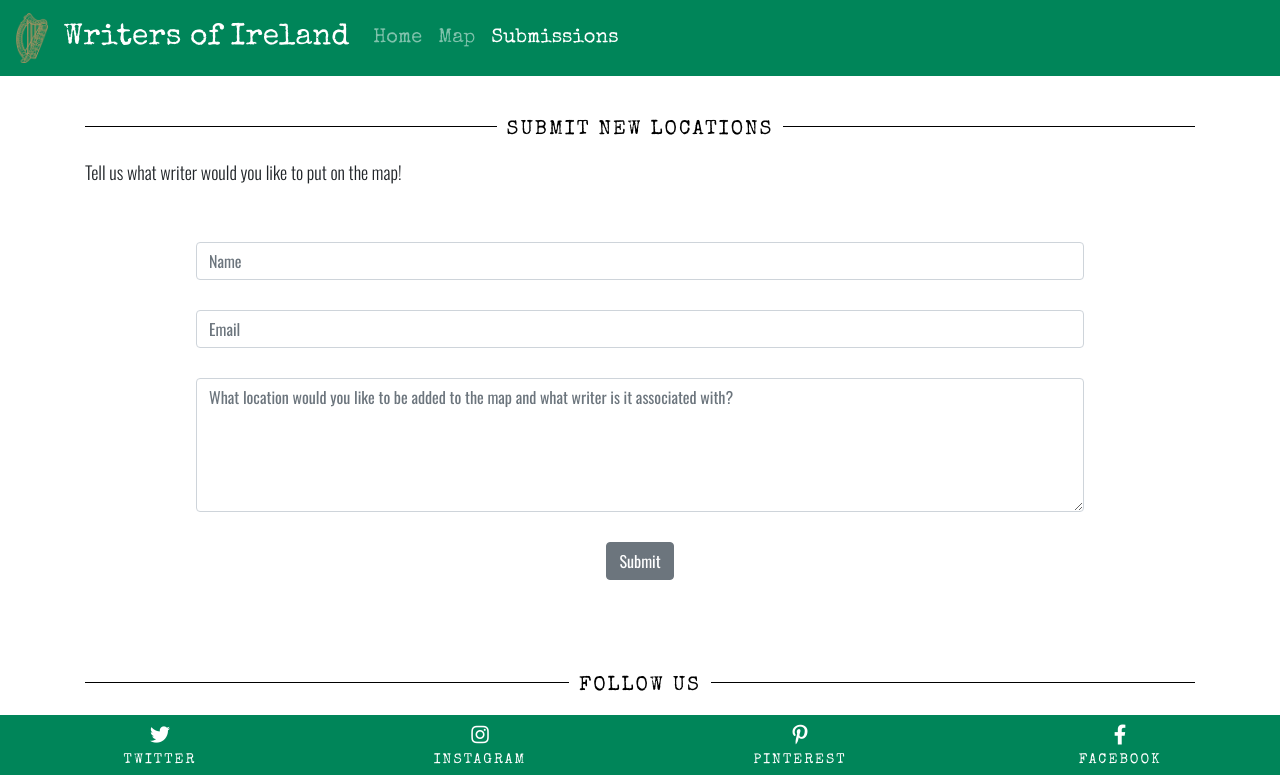
Repository: DarrenCoppinger/milestone-project-2
Page: submissions.html
The author's editor kept a record of every edit. The page is drawn from the files as they stood at one moment, then again after the next edit.
The browser window is 1280 px wide. The pictures show the whole page.
Some web libraries are served in a nearby version.

Above is the page before.
Console error: ReferenceError: emailjs is not defined

### submissions.html
<!DOCTYPE html>
<html lang="en">

<head>
    <meta charset="UTF-8">
    <meta name="viewport" content="width=device-width, initial-scale=1.0">
    <meta http-equiv="X-UA-Compatible" content="ie=edge">
    <link rel="stylesheet" href="https://stackpath.bootstrapcdn.com/bootstrap/4.3.1/css/bootstrap.min.css" type="text/css" />
    <link rel="stylesheet" href="https://use.fontawesome.com/releases/v5.8.2/css/all.css" integrity="sha384-oS3vJWv+0UjzBfQzYUhtDYW+Pj2yciDJxpsK1OYPAYjqT085Qq/1cq5FLXAZQ7Ay" crossorigin="anonymous">
    <link rel="stylesheet" href="https://cdnjs.cloudflare.com/ajax/libs/hover.css/2.3.1/css/hover-min.css" type="text/css" />
    <link rel="stylesheet" href="assets/css/style.css" type="text/css" />
    <title>Writers of Ireland</title>
    <link rel="shortcut icon" type="image/x-icon" href="./assets/images/favicon.ico" />
    <link rel="icon" type="image/x-icon" href="./favicon.ico" />
    <!--JSEmail-->
    <script type="text/javascript" src="https://cdn.jsdelivr.net/npm/emailjs-com@2.3.2/dist/email.min.js">
    </script>
    <script type="text/javascript">
        (function() {
            emailjs.init("user_TogJB0tfRK922oybFdTcZ");
            // emailjs.send("gmail", "example");
        })();
    </script>
</head>

<body>
    <header>
        <!--Navbar Code-->
        <nav class="navbar navbar-expand-md navbar-dark bg-color">
            <!--Navbar Logo-->
            <a href="./index.html" class="navbar-brand title"><img class="mr-3" src="./assets/images/irish-harp.png" height ="50" alt="Logo image"><span class="align-middle">Writers of Ireland</span></a>
            <!--Navbar Logo-->
            <button class="navbar-toggler" type="button" data-toggle="collapse" data-target="#navbarNavAltMarkup" aria-controls="navbarNavAltMarkup" aria-expanded="false" aria-label="Toggle navigation"><span class="navbar-toggler-icon"></span></button>
            <div class="collapse navbar-collapse" id="navbarNavAltMarkup">
                <div class="navbar-nav">
                    <a class="nav-item nav-link" href="./index.html">Home<span class="sr-only">Home</span></a>
                    <a class="nav-item nav-link" href="./map.html">Map<span class="sr-only">Map</span></a>
                    <a class="nav-item nav-link active" href="./submissions.html">Submissions<span class="sr-only">Submissions</span></a>
                </div>
            </div>
        </nav>
    </header>
    <main>
        <section>
            <!--Newsletter Content Divider-->
            <div class="container">
                <div class="row">
                    <div class="col">
                        <h3 class="section-title">
                            <span>Submit new locations</span>
                        </h3>
                    </div>
                </div>
            </div>
            <div class="container">
                <div class="row">
                    <div class="col-12">
                        <p>Tell us what writer would you like to put on the map!</p>
                        <!--Main Content of the Page - Contract Form-->
                        <div class="center-form">
                            <!--<form onsubmit="return sendMail(this);" method="POST">-->
                            <form id="myform" onsubmit="return sendMail(this);">
                                <!--<form onsubmit="return sendMail(this);">-->
                                <input type="text" name="name" class="form-control" id="fullname" placeholder="Name" required/>
                                <input type="email" name="emailaddress" class="form-control" id="emailaddress" placeholder="Email" required/>
                                <textarea rows="5" name="projectsummary" class="form-control" id="projectsummary" placeholder="What location would you like to be added to the map and what writer is it associated with?" required></textarea>
                                <!--<button type="submit" class="btn btn-secondary center-block">Submit</button>-->
                                <div class="form-row text-center ">
                                    <div class="col">
                                        <button type="submit" class="btn btn-secondary">Submit</button>
                                    </div>
                                </div>
                            </form>
                        </div>
                    </div>
                </div>
            </div>
        </section>
    </main>
    <!--FOOTER-->
    <footer class="footer">
        <!--Footer Content Divider-->
        <div class="container">
            <div class="row">
                <div class="col">
                    <h3 class="section-title">
                        <span>Follow Us</span>
                    </h3>
                </div>
            </div>
        </div>
        <!--Social Media Link Buttons-->
        <div class="container-fluid social-media-bar">
            <div class="row no-gutters">
                <div class="col-12">
                    <ul id="foot" class="row list-inline social-links">
                        <li class="col-6 col-md-3 footeritem">
                            <a href="https://twitter.com/ireland_writers" target="_blank" class="hvr-fade"><i class="fab fa-twitter" aria-hidden="true"></i><span>Twitter</span></a>
                        </li>
                        <li class="col-6 col-md-3 footeritem">
                            <a href="https://www.instagram.com/writersofireland/" target="_blank" class="hvr-fade"><i class="fab fa-instagram" aria-hidden="true"></i><span>Instagram</span></a>
                        </li>
                        <li class="col-6 col-md-3 footeritem">
                            <a href="https://www.pinterest.ie/writersofireland/" target="_blank" class="hvr-fade"><i class="fab fa-pinterest-p"  aria-hidden="true"></i><span>Pinterest</span></a>
                        </li>
                        <li class="col-6 col-md-3 footeritem">
                            <a href="https://www.facebook.com/Writers-of-Ireland-101113658067904/" target="_blank" class="hvr-fade"><i class="fab fa-facebook-f" aria-hidden="true"></i><span>Facebook</span></a>
                        </li>
                    </ul>
                </div>
            </div>
        </div>
    </footer>

    <!--My JavaScript Script-->
    <script type="text/javascript" src="assets/js/maps.js"></script>
    <script type="text/javascript" src="assets/js/sendEmail.js"></script>
    <!--JQuery-->
    <script src="https://code.jquery.com/jquery-3.3.1.slim.min.js" integrity="sha384-q8i/X+965DzO0rT7abK41JStQIAqVgRVzpbzo5smXKp4YfRvH+8abtTE1Pi6jizo" crossorigin="anonymous"></script>
    <!--Popper and Bootstrap-->
    <script src="https://cdnjs.cloudflare.com/ajax/libs/popper.js/1.14.7/umd/popper.min.js" integrity="sha384-UO2eT0CpHqdSJQ6hJty5KVphtPhzWj9WO1clHTMGa3JDZwrnQq4sF86dIHNDz0W1" crossorigin="anonymous"></script>
    <script src="https://stackpath.bootstrapcdn.com/bootstrap/4.3.1/js/bootstrap.min.js" integrity="sha384-JjSmVgyd0p3pXB1rRibZUAYoIIy6OrQ6VrjIEaFf/nJGzIxFDsf4x0xIM+B07jRM" crossorigin="anonymous"></script>

</body>

</html>

### assets/css/style.css
@import url('https://fonts.googleapis.com/css?family=Oswald:300,400,700|Special+Elite&display=swap');

/*----------------padding/margins/text----------------s*/
row {
    margin-left: 0;
    margin-right: 0;
}

section {
    font-family: "Oswald", sans-serif;
    font-size: 18px;
    font-weight: 300;
    margin: 50px 0px;
}

section a {
    text-decoration: none;
    color: #008559;
}

.btn:hover {
    color: #A39161;
    background-color: #008559;
    border-color: #e6cf9e;
    text-decoration: none;
}

.section-title {
    color: #000000;
    font-family: "Special Elite", cursive;
    font-weight: 400;
    font-size: 20px;
    letter-spacing: 2px;
    text-align: center;
    text-transform: uppercase;
    border-top: 1px solid #000000;
    padding: 0 20px;
}

.section-title span {
    position: relative;
    top: -9px;
    padding: 0 10px;
    background: #ffffff;
}

.section-title-box {
    margin: 0;
}

main {
    margin: 0;
    padding: 0 0 60px;
}

html {
    position: relative;
    min-height: 100%;
}

body {
    margin: 0 0 60px;
}

.title {
    font-family: "Special Elite", cursive;
    font-weight: 400;
    font-size: 30px;
    text-decoration: none;
}

.title span:hover {
    color: #A39161;
    transition: all .5s ease-in-out;
    -moz-transition: all .5s ease-in-out;
    -webkit-transition: all .5s ease-in-out;
}

.information {
    font-family: "Special Elite", cursive;
    font-weight: 400;
    font-size: 30px;
}

.nav-item {
    font-family: "Special Elite", cursive;
    font-weight: 400;
    font-size: 20px;
}

/*----------------carousel----------------*/
.carousel-container {
    margin: 0;
    padding: 0;
}

/*----------------footer----------------*/
footer {
    color: #000000;
    margin: 50px 0 0;
    padding: 0;
    bottom: 0;
    left: 0;
    position: absolute;
    /*height: 60px;*/
    width: 100%;
}

.footerbar {
    padding: 0;
}

.social-links {
    font-family: "Special Elite", cursive;
    font-weight: 400;
    font-size: 0;
    margin: 0;
    padding: 0;
    background-color: #008559;
}

.social-media-bar {
    margin: 0;
    padding: 0;
}

#foot li {
    font-size: 14px;
    padding: 0;
}

.footeritem {
    text-align: center;
    padding: 0;
    margin: 0;
}

/*-clickable area of footer buttons-*/

.footeritem a {
    width: 100%;
    text-decoration: none;
    color: #ffffff;
    height: 60px;
}

.footeritem a i {
    padding-top: 10px;
    display: block;
    color: #ffffff;
    font-size: 20px;
}

.footeritem span {
    display: block;
    width: 100%;
    padding-top: 5px;
    text-align: center;
    text-transform: uppercase;
    font-size: 14px;
    letter-spacing: 2px;
}

.social-links li a:hover {
    background-color: #A39161;
    color: #ffffff;
}

.list-inline-item:not(:last-child) {
    margin: 0;
}


/*----------------Map----------------*/
#map {
    min-height: 100vh;
}

/*----------------navbar----------------*/
.bg-color {
    background-color: #008559;
}

/*----------------jumbotron----------------*/
.jumbo-color {
    background-color: #dfd2ae;
}

.jumbotron {
    margin-bottom: 75px
}

/*----------------form----------------*/
form {
    margin: 25px 0;
}

.form-control {
    margin-bottom: 30px;
}

.center-form {
    padding-top: 15px;
    margin: 0 auto;
    max-width: 80%;
}

/*----------------PAC----------------*/
.pac-card {
    margin: 10px;
    border-radius: 2px 0 0 2px;
    -moz-box-sizing: border-box;
    -webkit-box-sizing: border-box;
    box-sizing: border-box;
    outline: none;
    box-shadow: 0 2px 6px rgba(0, 0, 0, 0.3);
    background-color: #fff;
    font-family: Roboto;
}

#pac-container {
    padding-bottom: 12px;
    margin-right: 12px;
}

.pac-controls {
    display: inline-block;
    padding: 5px 11px;
}

.pac-controls label {
    font-family: Roboto;
    font-size: 13px;
    font-weight: 300;
}

#pac-input {
    background-color: #fff;
    font-family: Roboto;
    font-size: 15px;
    font-weight: 300;
    margin-left: 12px;
    padding: 0 11px 0 13px;
    text-overflow: ellipsis;
    width: 300px;
}

#pac-input:focus {
    border-color: #4d90fe;
}

#search-title {
    color: #fff;
    background-color: #dfd2ae;
    font-size: 25px;
    font-weight: 500;
    padding: 6px 12px;
}

#infowindow-content {
    display: inline;
}

/*----------------Media Queries----------------s*/

/*Title size in navbar*/
@media(max-width: 576px) {
    .title {
        font-size: 20px;
    }
}

Loaded but not shown: assets/js/maps.js (520 lines, source omitted); assets/js/sendEmail.js (no copy from this time; the picture is the same without it)

After the next edit:
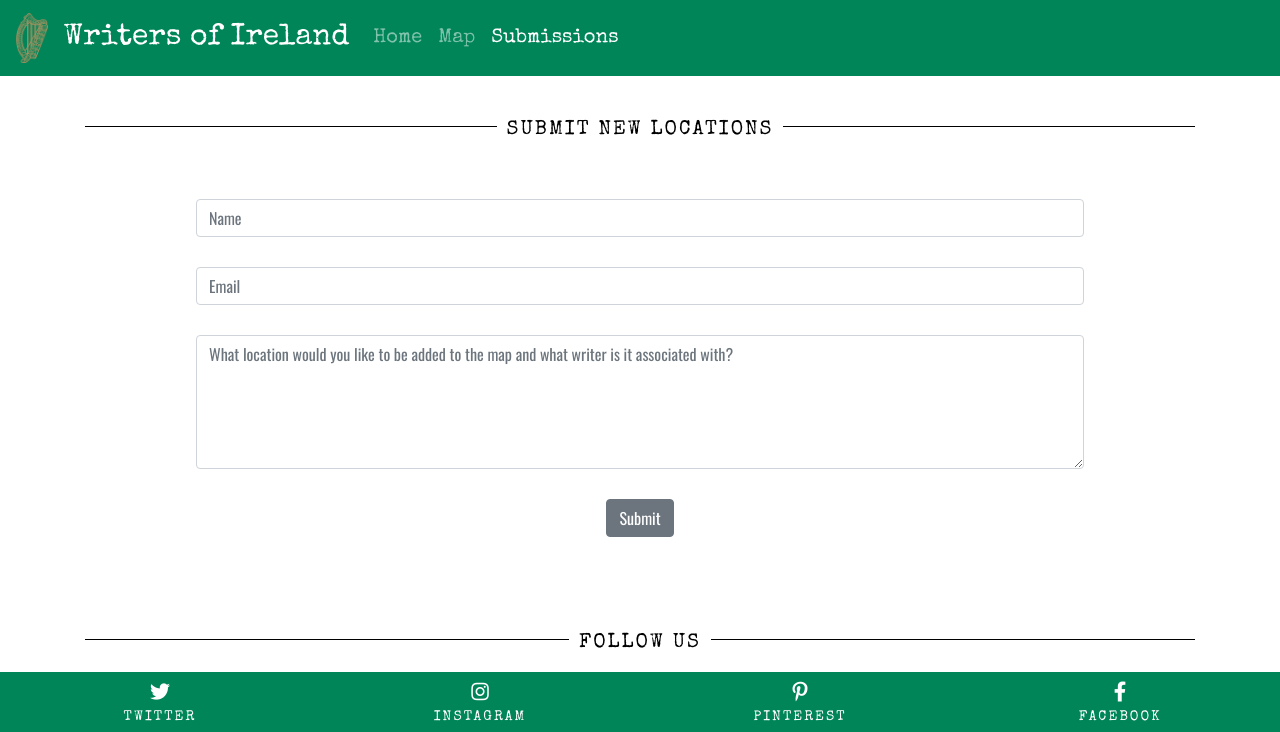
The edit:
--- a/submissions.html
+++ b/submissions.html
@@ -55,7 +55,7 @@
             <div class="container">
                 <div class="row">
                     <div class="col-12">
-                        <p>Tell us what writer would you like to put on the map!</p>
+
                         <!--Main Content of the Page - Contract Form-->
                         <div class="center-form">
                             <!--<form onsubmit="return sendMail(this);" method="POST">-->
